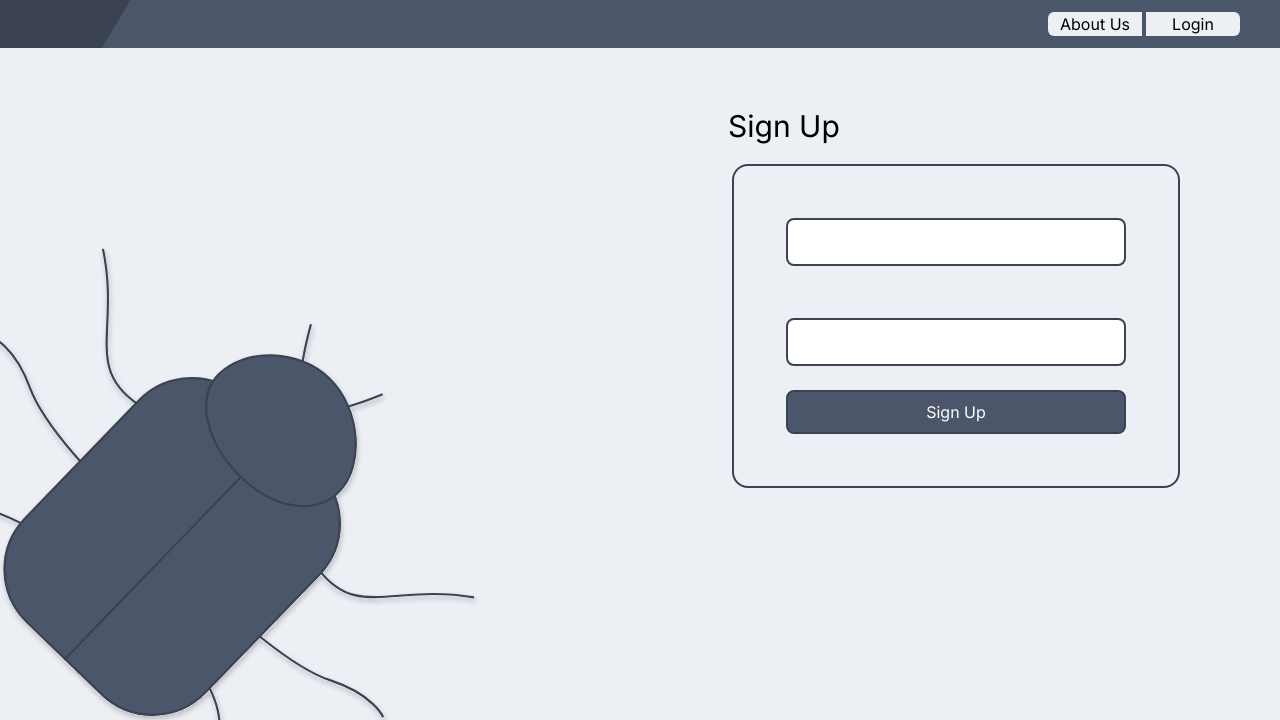
Repository: Qu4ntumGuy/project-bug
Page: /signup
These files come from the project's save history. The page is drawn as it stood at one moment and after the next save; the edit follows.
The browser window is 1280 px wide. The pictures show the whole page.
The project was rebuilt for these pictures with package versions that can differ from the ones it lists, and the page was loaded fresh each time. The framework's server and built-in components were replaced by stand-ins that run in the browser. Also part of the build but not shown: next.config.mjs, src/components/Diamond.module.css, src/components/Navbar.js.

Above is the page before, as saved 2024-02-14 00:09:31.

After the next save:
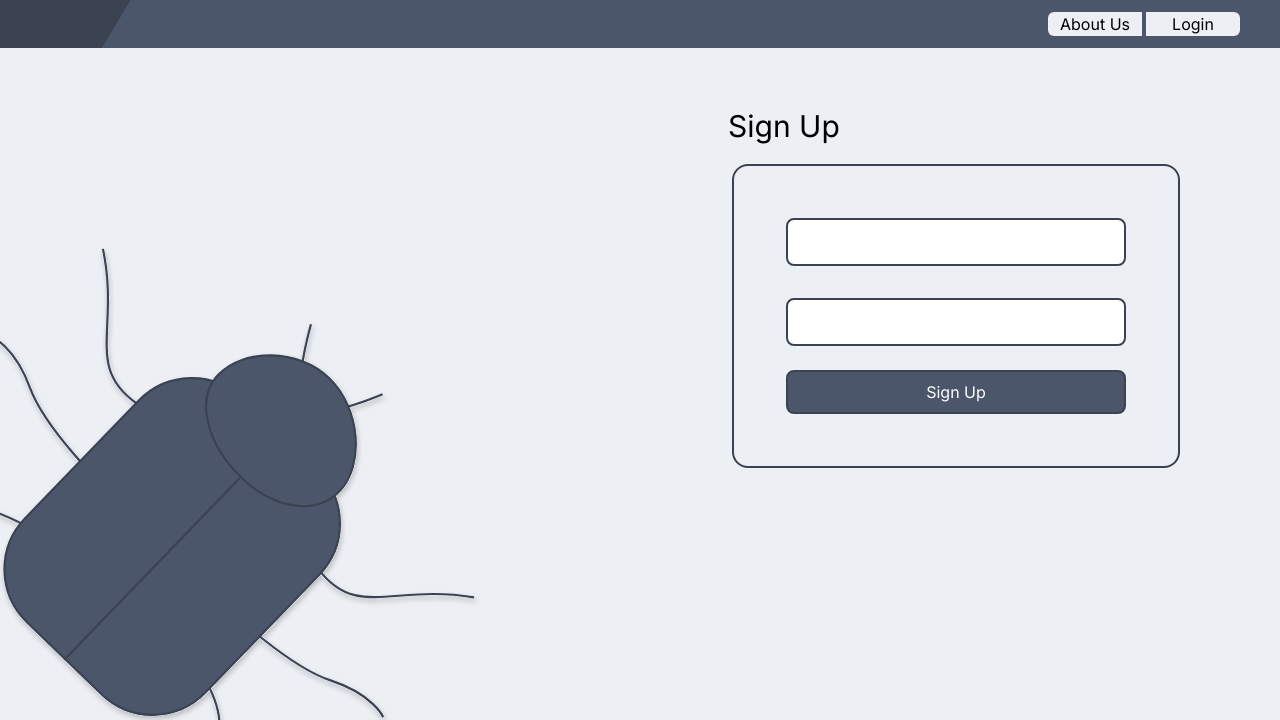
Saved 6 s later.
--- a/src/app/signup/page.js
+++ b/src/app/signup/page.js
@@ -17,7 +17,7 @@
           <div className="text-3xl my-3  p-2">Sign Up</div>
           <form className="w-[80%] ml-3 flex p-10 flex-col border-2 border-[#3B4252] rounded-2xl">
             <input
-              className="rounded-lg mb-10 border-2 border-[#3B4252] m-3 p-2 text-xl"
+              className="rounded-lg mb-5 border-2 border-[#3B4252] m-3 p-2 text-xl"
               type="text"
             />
             <input

After the save that followed:
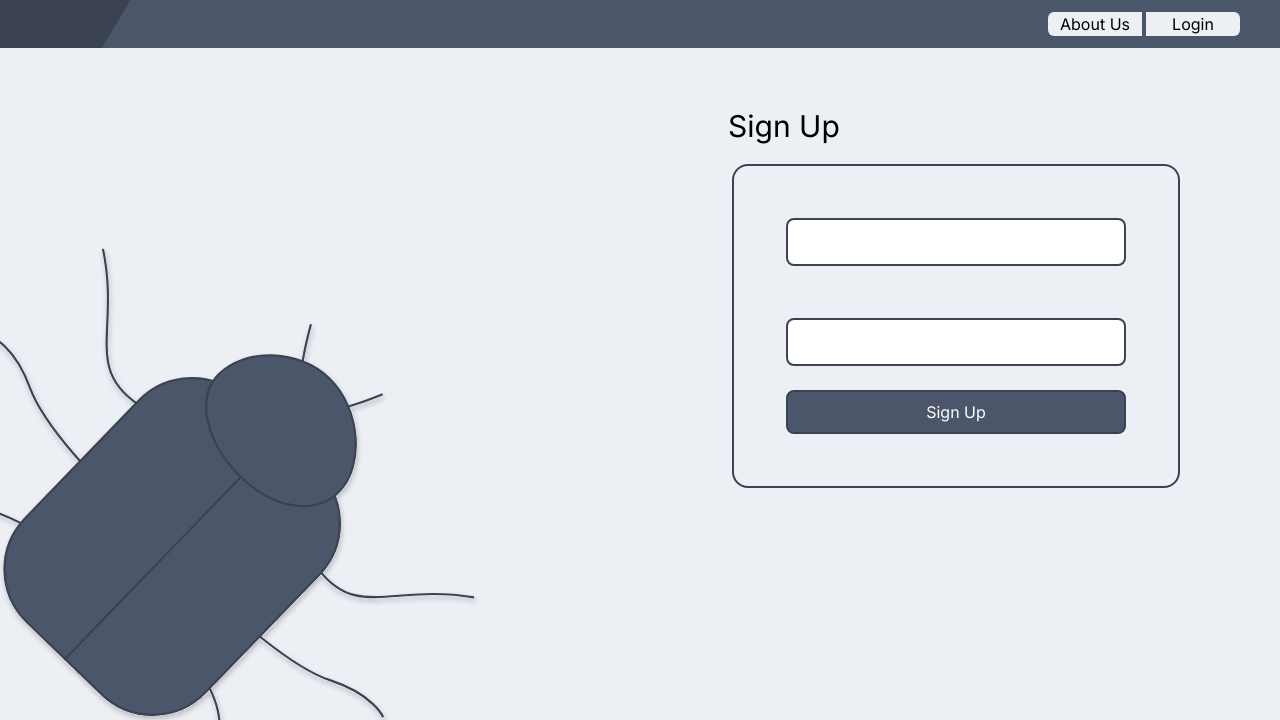
Saved 13 s later.
--- a/src/app/signup/page.js
+++ b/src/app/signup/page.js
@@ -17,7 +17,7 @@
           <div className="text-3xl my-3  p-2">Sign Up</div>
           <form className="w-[80%] ml-3 flex p-10 flex-col border-2 border-[#3B4252] rounded-2xl">
             <input
-              className="rounded-lg mb-5 border-2 border-[#3B4252] m-3 p-2 text-xl"
+              className="rounded-lg mb-10 border-2 border-[#3B4252] m-3 p-2 text-xl"
               type="text"
             />
             <input
